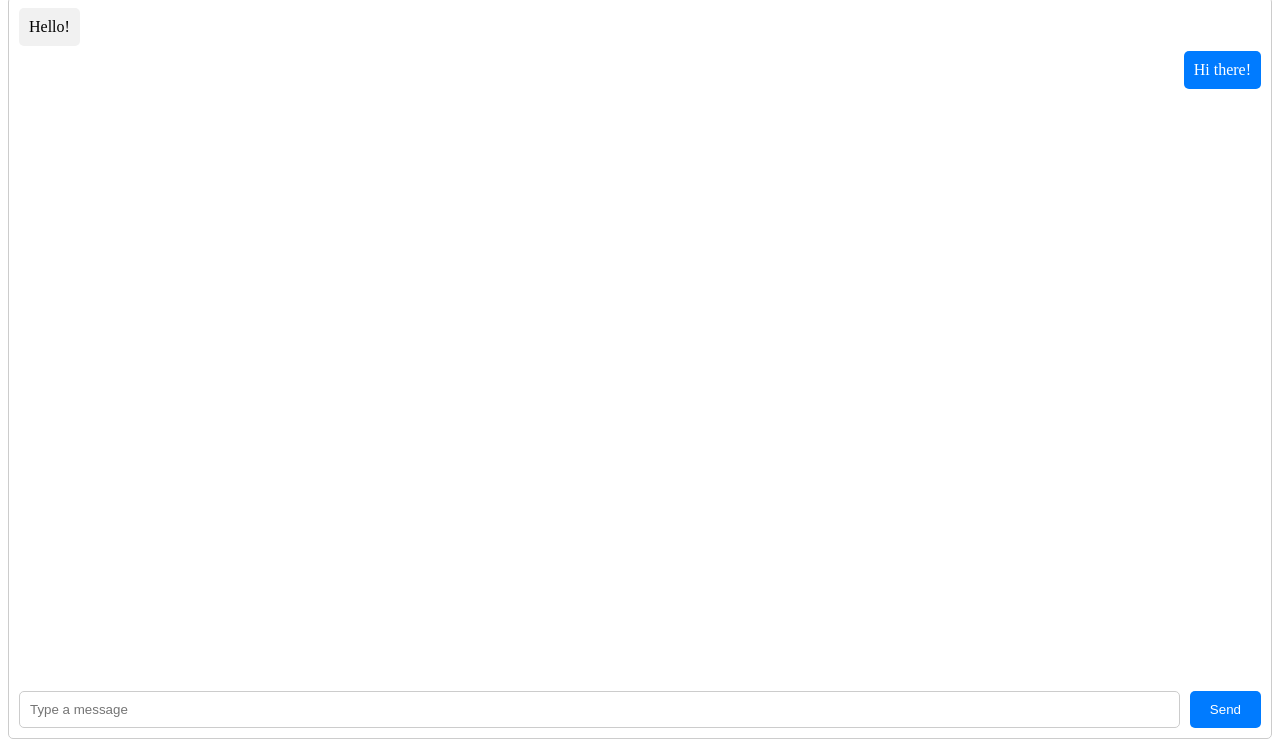
Repository: CryptoFamilyNFT/develhope
Page: / (app in vite/v1/)
An editor plug-in stored every save of this project. The page is shown before and after the next save, followed by the edit.
The browser window is 1280 px wide. The pictures show the whole page.
The project was rebuilt for these pictures with package versions that can differ from the ones it lists, and the page was loaded fresh each time. Also part of the build but not shown: vite/v1/vite.config.js.

Above is the page before, as saved 2025-02-12 10:51:14.

### vite/v1/src/App.jsx
//import { Button } from "./components/Button";
//import { Counter } from "./components/Counter";
//import { Clock, Counter2 } from "./components/Counter2";
import Chat from "./components/Chat";
//import MouseClicker from "./components/MouseClicker";


function App() {

  return (
    <div style={{
      width: "100%",
      height: "100vh",
      alignItems: "center",
      display: "flex",
      justifyContent: "center",
      gap: 100
    }}>
      {/*
      <div>
        <Button onClick={() => alert(new Date().toLocaleString())}>Click me!</Button>
      </div>
      <Counter />
      <Counter2 />
      <Clock />
      <MouseClicker />
      */}
      <Chat />
    </div>
  );
}

export default App;

### vite/v1/src/components/Chat.jsx
/* eslint-disable no-unused-vars */
import React, { useState } from 'react';

const styles = {
    chatContainer: {
        display: 'flex',
        flexDirection: 'column',
        height: '100%',
        width: '100%',
        border: '1px solid #ccc',
        borderRadius: '5px',
        padding: '10px',
    },
    messages: {
        flex: 1,
        overflowY: 'auto',
        marginBottom: '10px',
        display: 'flex',
        flexDirection: 'column',
        width: '100%',
    },
    message: {
        padding: '10px',
        borderRadius: '5px',
        marginBottom: '5px',
    },
    received: {
        backgroundColor: '#f1f1f1',
        alignSelf: 'flex-start',
        maxWidth: '70%'
    },
    sent: {
        backgroundColor: '#007bff',
        color: '#fff',
        alignSelf: 'flex-end',
        maxWidth: '70%',

    },
    inputContainer: {
        display: 'flex',
    },
    input: {
        flex: 1,
        padding: '10px',
        borderRadius: '5px',
        border: '1px solid #ccc',
        marginRight: '10px',
    },
    button: {
        padding: '10px 20px',
        borderRadius: '5px',
        border: 'none',
        backgroundColor: '#007bff',
        color: '#fff',
        cursor: 'pointer',
    },
};

const Chat = () => {
    const [messages, setMessages] = useState([
        { text: 'Hello!', sender: 'received' },
        { text: 'Hi there!', sender: 'sent' },
    ]);
    const [input, setInput] = useState('');

    const handleSend = () => {
        if (input.trim()) {
            setMessages([...messages, { text: input, sender: 'sent' }]);
            setInput('');
        }
    };

    return (
        <div style={styles.chatContainer}>
            <div style={styles.messages}>
                {messages.map((message, index) => (
                    <div
                        key={index}
                        style={{
                            ...styles.message,
                            ...(message.sender === 'received' ? styles.received : styles.sent),
                        }}
                    >
                        {message.text}
                    </div>
                ))}
            </div>
            <div style={styles.inputContainer}>
                <input
                    type="text"
                    value={input}
                    onChange={(e) => setInput(e.target.value)}
                    placeholder="Type a message"
                    style={styles.input}
                />
                <button onClick={handleSend} style={styles.button}>
                    Send
                </button>
            </div>
        </div>
    );
};

export default Chat;

### vite/v1/src/components/AlertClock.jsx
/* eslint-disable react/prop-types */
export const AlertClock = ({ onShowTime }) => {
    return (
        <div>
            <button onClick={onShowTime}>Click me!</button>
        </div>
    );
}

Loaded but not shown: vite/v1/index.html (common file); vite/v1/src/index.jsx (common file)

After the next save:
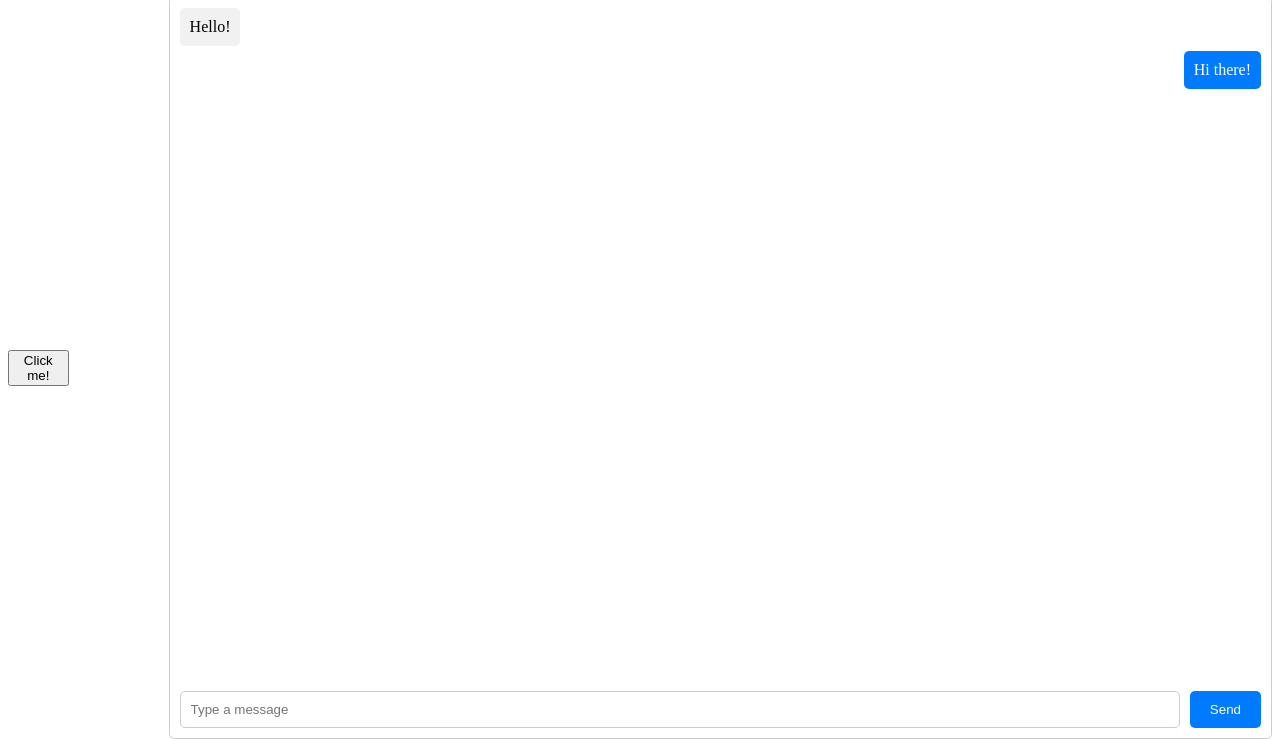
Saved 45 s later.
--- a/vite/v1/src/App.jsx
+++ b/vite/v1/src/App.jsx
@@ -1,6 +1,7 @@
 //import { Button } from "./components/Button";
 //import { Counter } from "./components/Counter";
 //import { Clock, Counter2 } from "./components/Counter2";
+import { AlertClock } from "./components/AlertClock";
 import Chat from "./components/Chat";
 //import MouseClicker from "./components/MouseClicker";
 
@@ -25,6 +26,7 @@ function App() {
       <Clock />
       <MouseClicker />
       */}
+      <AlertClock onShowTime={() => alert(new Date().toLocaleString())} />
       <Chat />
     </div>
   );
